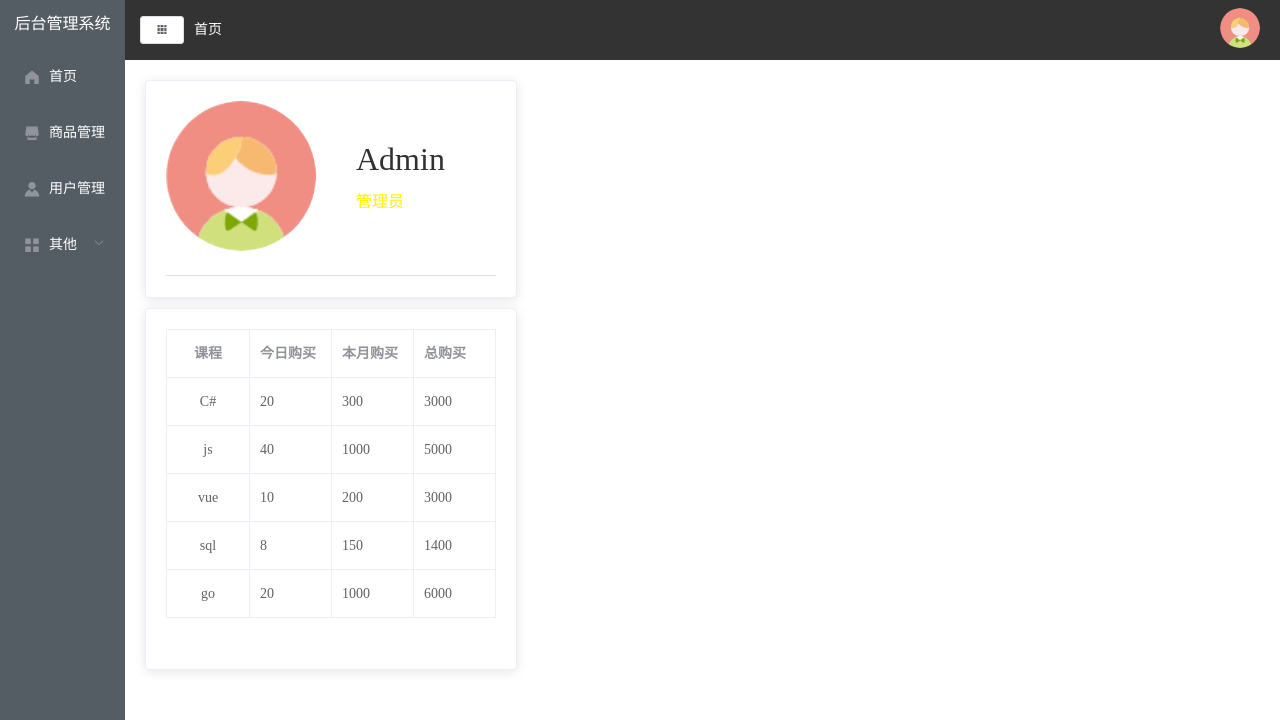
Repository: tkqi/manage
Page: /
These files come from the project's save history. The page is drawn as it stood at one moment and after the next save; the edit follows.
The browser window is 1280 px wide. The pictures show the whole page.
The project was rebuilt for these pictures with package versions that can differ from the ones it lists, and the page was loaded fresh each time. Also part of the build but not shown: vue.config.js.

Above is the page before, as saved 2023-12-06 10:55:48.

### src/main.js
import Vue from 'vue'
import App from './App.vue'
import router from './router'
import store from './store'
import ElementUI from 'element-ui';
import 'element-ui/lib/theme-chalk/index.css';

Vue.config.productionTip = false
Vue.use(ElementUI);

new Vue({
  router,
  store,
  render: h => h(App)
}).$mount('#app')

### src/App.vue
<template>
  <div id="app">
    <!-- 路由出口 -->
    <router-view />
  </div>
</template>

<script>
export default {
  name: 'App'
}
</script>

<style lang="less">
html,
body,
h3,
p {
  margin: 0;
  padding: 0;
}
</style>

### src/router/index.js
import Vue from 'vue'
import VueRouter from 'vue-router'
import routes from './routes'
Vue.use(VueRouter)


const router = new VueRouter({
  routes: routes
})

// 暴露router实例
export default router

### src/store/index.js
import Vue from 'vue'
import Vuex from 'vuex'
import tab from './tab.js'

Vue.use(Vuex)

const store = new Vuex.Store({
  state: {

  },
  getters: {
  },
  mutations: {
  },
  actions: {
  },
  modules: {
    tab
  }
})

export default store;

### src/router/routes.js
export default [
    // 主路由
    {
        path: '/',
        component: () => import('../views/Main.vue'),
        redirect: '/home',// 重定向
        // 子路由
        children: [
            {
                // 首页
                path: '/home',
                // 路由组件懒加载
                component: () => import('../views/Home.vue')
            },
            {
                // 用户管理
                path: '/user',
                component: () => import('../views/User.vue')
            },
            {
                // 商品管理
                path: '/mall',
                component: () => import('../views/Mall.vue')
            },
            {
                // 其他/页面1
                path: '/page1',
                component: () => import('../views/Page1.vue')
            },
            {
                // 其他/页面2
                path: '/page2',
                component: () => import('../views/Page2.vue')
            },
        ]
    },
    {
        path: '/home',
        // 路由组件懒加载
        component: () => import('../views/Home.vue')
    },
    {
        path: '/user',
        component: () => import('../views/User.vue')
    }
]

### src/store/tab.js
// 菜单相关数据
export default {
    state: {
        isCollapse: false
    },
    getters: {
        getisCollapse: (state) => state.isCollapse
    },
    mutations: {
        EDITIsCollapse(state){
            state.isCollapse = !state.isCollapse;
        }
    }
}

### src/views/Main.vue
<!-- eslint-disable vue/multi-word-component-names -->
<template>
    <div>
        <el-container>
            <el-aside width="auto">
                <sidebar />
            </el-aside>
            <el-container>
                <el-header>
                    <topbar />
                </el-header>
                <el-main>
                    <transition>
                        <keep-alive>
                            <router-view />
                        </keep-alive>
                    </transition>
                </el-main>
            </el-container>
        </el-container>
    </div>
</template>

<script>
import sidebar from '../components/sidebar.vue'
import topbar from '../components/topbar.vue';
export default {
    components: {
        sidebar,
        topbar
    }
}
</script>

<style lang="less" scoped>
.el-header {
    padding: 0;
    margin: 0;
}
</style>

### src/views/Home.vue
<!-- eslint-disable vue/multi-word-component-names -->
<template>
    <el-row>
        <el-col :span="8">
            <div>
                <el-card class="box-card">
                    <div class="user">
                        <img class="img" src="../assets/img/user-default.png" alt="">
                        <div class="user-info">
                            <P class="name">Admin</P>
                            <p class="access">管理员</p>
                        </div>
                    </div>
                    <el-divider></el-divider>
                    <div class="login-info">
                        <p>上次登录时间: <span>2023-12-03</span></p>
                        <p>上次登录地点: <span>绍兴</span></p>
                    </div>
                </el-card>
                <el-card class="table">
                    <el-table :data="tableData" border style="width: 100%">
                        <el-table-column prop="course" label="课程" :min-width="30" width="auto" align="center">
                        </el-table-column>
                        <el-table-column prop="buytoday" label="今日购买" :min-width="30" width="auto">
                        </el-table-column>
                        <el-table-column prop="buythemonth" label="本月购买" :min-width="30" width="auto">
                        </el-table-column>
                        <el-table-column prop="buyall" label="总购买" :min-width="30" width="auto">
                        </el-table-column>
                    </el-table>
                </el-card>
            </div>
        </el-col>
        <el-col :span="16">
            <div class=""></div>
        </el-col>
    </el-row>
</template>

<script>
export default {
    data() {
        return {
            tableData: [
                {
                    course: 'C#',
                    buytoday: 20,
                    buythemonth: 300,
                    buyall: 3000
                },
                {
                    course: 'js',
                    buytoday: 40,
                    buythemonth: 1000,
                    buyall: 5000
                },
                {
                    course: 'vue',
                    buytoday: 10,
                    buythemonth: 200,
                    buyall: 3000
                },
                {
                    course: 'sql',
                    buytoday: 8,
                    buythemonth: 150,
                    buyall: 1400
                },
                {
                    course: 'go',
                    buytoday: 20,
                    buythemonth: 1000,
                    buyall: 6000
                }
            ],
            countData:[
                {
                    label:'今日支付订单',
                    value:1234,
                    color:'#2ec7c9',
                    icon:'success'
                },
                {
                    label:'今日收藏订单',
                    value:120,
                    color:'#ffb980',
                    icon:'star-on'
                },
                {
                    label:'今日未支付订单',
                    value:180,
                    color:'#5ab1ef',
                    icon:'s-goods'
                },
                {
                    label:'本月支付订单',
                    value:1234,
                    color:'#2ec7c9',
                    icon:'success'
                },
                {
                    label:'本月收藏订单',
                    value:120,
                    color:'#ffb980',
                    icon:'star-on'
                },
                {
                    label:'本月未支付订单',
                    value:180,
                    color:'#5ab1ef',
                    icon:'s-goods'
                }
            ]
        }
    }
}
</script>
<style lang="less" scoped>
.box-card {
    height: 30vh;
    .user {
        display: flex;
        align-items: center;
        padding-right: 0px;

        .user-info {
            .name {
                font-size: 32px;
                margin-bottom: 10px;
            }

            .access {
                color: #fff000;
            }
        }

        img {
            height: 150px;
            width: 150px;
            border-radius: 50%;
            margin-right: 40px;
        }
    }
}

.login-info {
    line-height: 25px;

    p {
        font-size: 12px;

        span {
            font-size: 12px;
            margin-left: 50px;
        }
    }
}

.table {
    margin-top: 10px;
    height: 50vh;
    el-table{
        height: 100%;
    }
}
</style>

### src/components/sidebar.vue
<!-- eslint-disable vue/multi-word-component-names -->
<template>
    <el-menu class="menu" @open="handleOpen" @close="handleClose" :collapse="isCollapse" background-color="#545c64"
        text-color="#fff" active-text-color="#ffd04b">
        <h3>{{ !isCollapse?'后台管理系统':'后台' }}</h3>
        <el-menu-item v-for="item in noChildren" :key="item.name" :index="item.name" @click="clickMenu(item)">
            <i :class="`el-icon-${item.icon}`"></i>
            <span slot="title">{{ item.label }}</span>
        </el-menu-item>
        <el-submenu v-for="item in hasChildren" :key="item.label" :index="item.label">
            <template slot="title">
                <i :class="`el-icon-${item.icon}`"></i>
                <span slot="title">{{ item.label }}</span>
            </template>
            <el-menu-item-group v-for="subitem in item.children" :key="subitem.name">
                <el-menu-item :index="subitem.name" @click="clickSubmenu(subitem)">
                    <!-- <template slot="title"> -->
                    <i :class="`el-icon-${subitem.icon}`"></i>
                    <span slot="title">{{ subitem.name }}</span>
                    <!-- </template> -->
                </el-menu-item>
            </el-menu-item-group>
        </el-submenu>
    </el-menu>
</template>

<script>
export default {
    computed: {
        // 无子菜单
        noChildren() {
            return this.menuData.filter(o => !o.children);
        },
        // 有子菜单
        hasChildren() {
            return this.menuData.filter(o => o.children);
        },
        isCollapse() {
           return this.$store.state.tab.isCollapse;
        }
    },
    data() {
        return {
            // 使用store实时改变属性需要定义到computed
            // isCollapse: this.$store.getters('getisCollapse'),
            menuData: [
                {
                    path: '/',
                    name: 'home',
                    label: "首页",
                    icon: 's-home',
                    url: 'Home/Home'
                },
                {
                    path: '/mall',
                    name: 'mall',
                    label: "商品管理",
                    icon: 's-shop',
                    url: 'MallManage/MallManage'
                },
                {
                    path: '/user',
                    name: 'user',
                    label: "用户管理",
                    icon: 's-custom',
                    url: 'UserManage/UserManage'
                },
                {
                    label: '其他',
                    icon: 'menu',
                    children: [
                        {
                            path: '/page1',
                            name: 'page1',
                            label: "页面1",
                            icon: 's-claim',
                            url: 'Other/PageOne'
                        },
                        {
                            path: '/page2',
                            name: 'page2',
                            label: "页面2",
                            icon: 's-claim',
                            url: 'Other/PageTwo'
                        },
                    ]
                }
            ]
        };
    },
    methods: {
        handleOpen(key, keyPath) {
            console.log(key, keyPath);
        },
        handleClose(key, keyPath) {
            console.log(key, keyPath);
        },
        clickMenu(item) {
            console.log(this.$router.currentRoute.path);
            // 判断当前路由于点击链接的路由不一致才跳转
            if (item.path != this.$route.path && !(this.$route.path == '/home' && item.path == '/'))
                this.$router.push(item.path);
        },
        clickSubmenu(subitem) {
            // 判断当前路由于点击链接的路由不一致才跳转
            if (subitem.path != this.$route.path)
                this.$router.push(subitem.path);
        }
    }
}
</script>

<style lang="less" scoped>
.el-menu-vertical-demo:not(.el-menu--collapse) {
    width: 200px;
    min-height: 400px;
}

.menu {
    height: 100vh;
    border-right:0;
    h3 {
        color: rgb(255, 255, 255);
        text-align: center;
        line-height: 48px;
        font-size: 16px;
        font-weight: 400;
    }
}
</style>

### src/components/topbar.vue
<!-- eslint-disable vue/multi-word-component-names -->
<template>
    <div class="head-container">
        <div class="l-content">
            <el-button icon="el-icon-s-grid" size="mini" @click="changeCollapse()"/>
            <!-- 面包屑 -->
            <span class="text">首页</span>
        </div>
        <div class="r-content">
            <el-dropdown>
                <span class="el-dropdown-link">
                    <img class="img" src="../assets/img/user-default.png" alt="">
                </span>
                <el-dropdown-menu slot="dropdown">
                    <el-dropdown-item>个人中心</el-dropdown-item>
                    <el-dropdown-item>退出</el-dropdown-item>
                </el-dropdown-menu>
            </el-dropdown>
        </div>
    </div>
</template>

<script>
export default {
    data(){
        return{

        }
    },
    methods:{
        changeCollapse(){
            console.log(1);
            this.$store.commit('EDITIsCollapse');
        }
    }
}
</script>

<style lang="less" scoped>
.head-container {
    background-color: #333;
    height: 60px;
    display: flex;
    justify-content: space-between;
    align-items: center;
    padding-left: 15px;
    padding-right: 20px;
}

// .l-content {
//     padding-left: 15px;
// }

// .r-content {}

.text {
    color: white;
    font-size: 14px;
    padding-left: 10px;
}

.img{
    height: 40px;
    width: 40px;
    border-radius: 50%;
}
</style>

Loaded but not shown: public/index.html (common file)

After the next save:
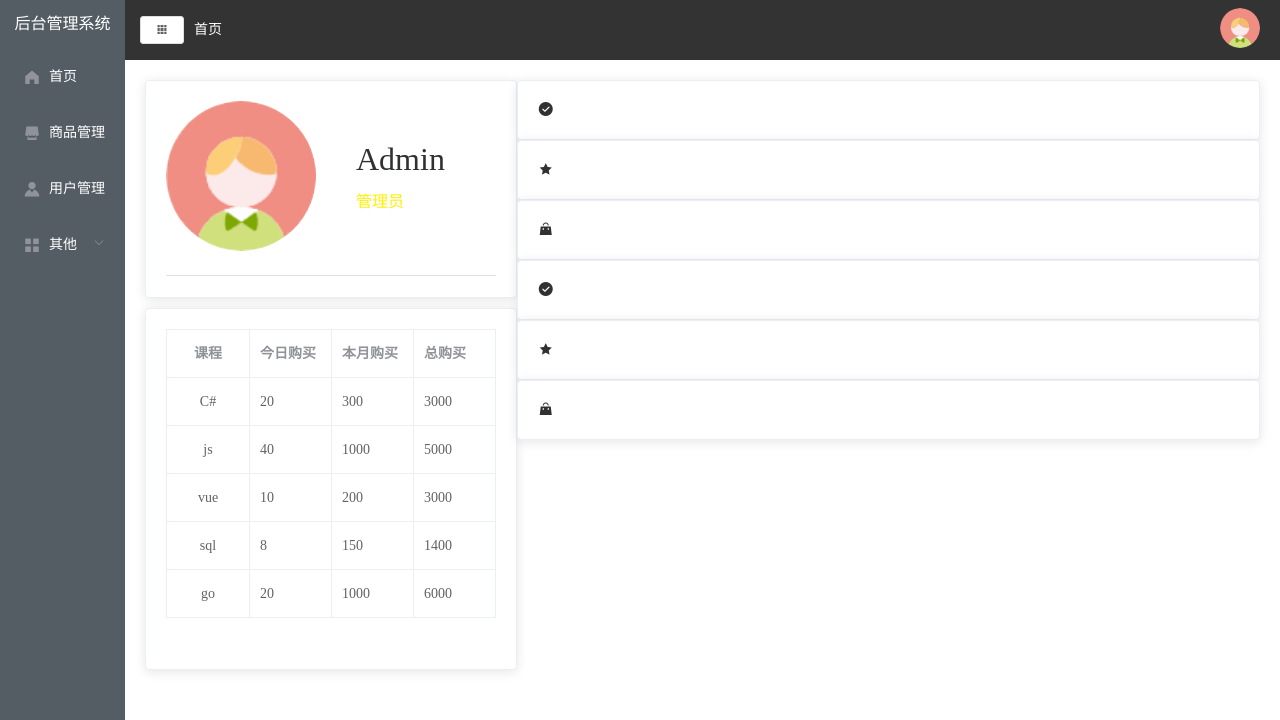
Saved 4 min 46 s later.
--- a/src/views/Home.vue
+++ b/src/views/Home.vue
@@ -32,7 +32,11 @@
             </div>
         </el-col>
         <el-col :span="16">
-            <div class=""></div>
+            <div class="buy">
+                <el-card v-for="(item, index) in countData" :key="index" >
+                    <i class="icon" :class="`el-icon-${item.icon}`"></i>
+                </el-card>
+            </div>
         </el-col>
     </el-row>
 </template>
